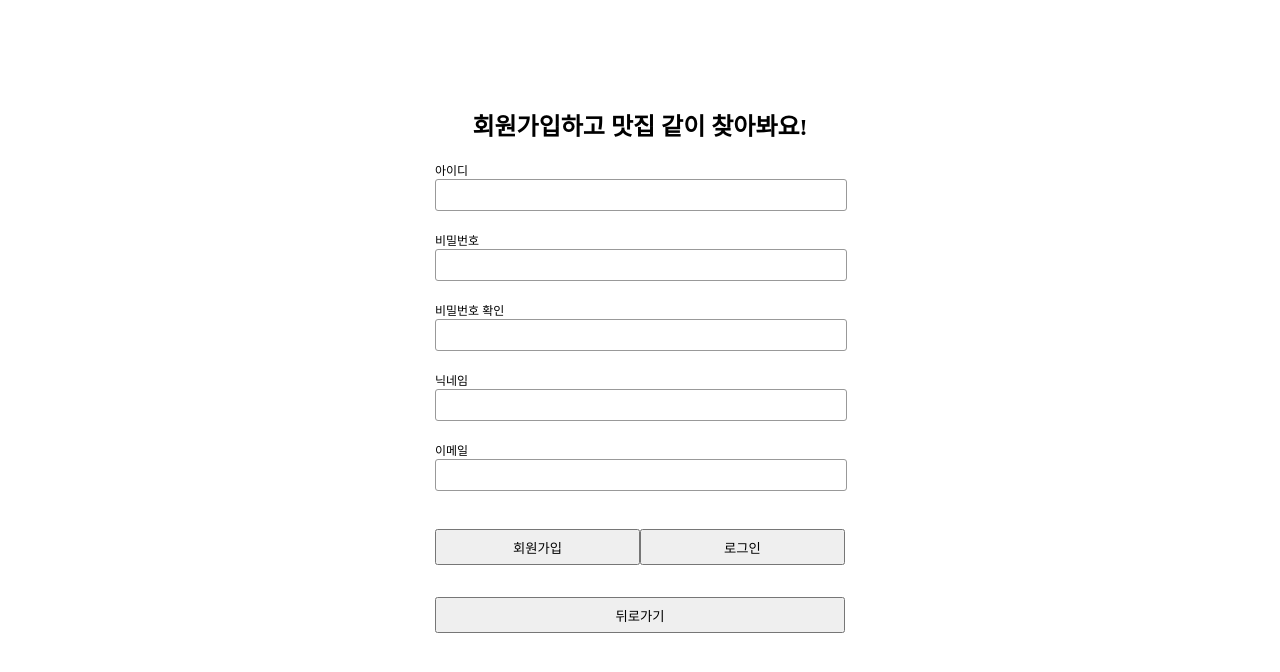
Repository: zzangyu/koreanFoodsProject
Page: http://localhost/koreanFoodsProject/koreanFoods/signUp.jsp
The author's editor kept a copy of each file at every save. The page is drawn from the files as they stood at one save, then again after the next save.
The browser window is 1280 px wide. The pictures show the whole page.
The page is served by Tomcat 9.

Above is the page before, as saved 2022-12-29 07:49:28.

After the next save:
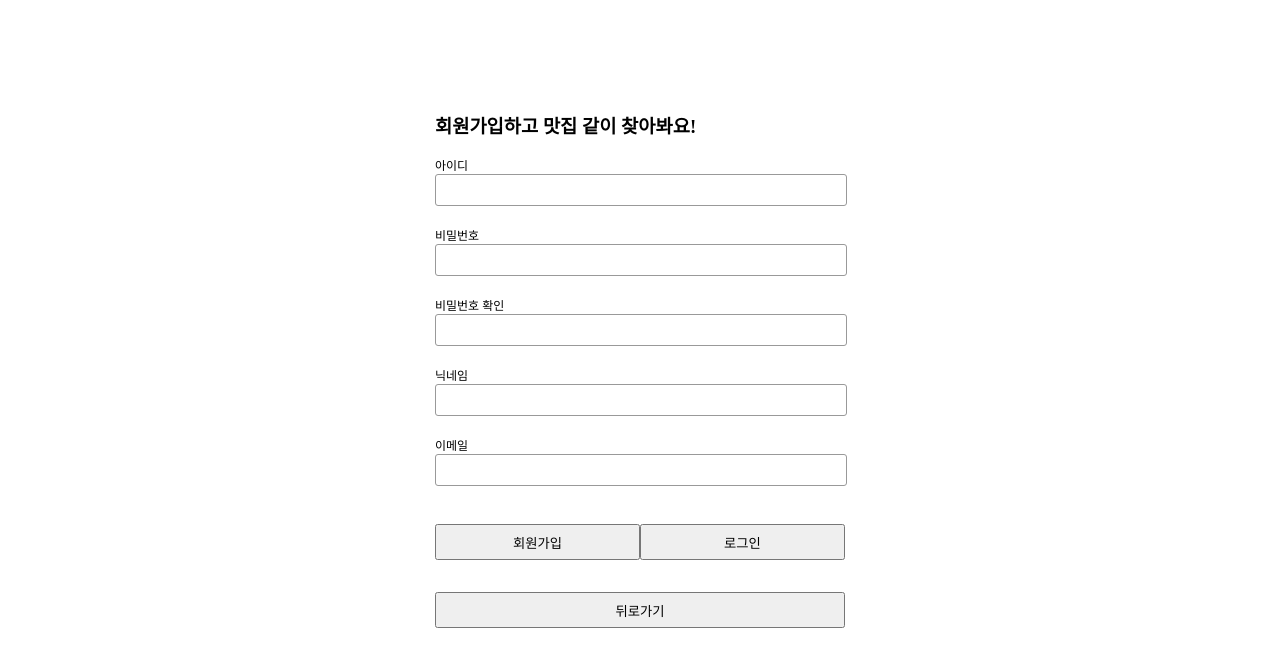
Saved 5 s later.
--- a/koreanFoodsProject/src/main/webapp/koreanFoods/signUp.jsp
+++ b/koreanFoodsProject/src/main/webapp/koreanFoods/signUp.jsp
@@ -10,7 +10,7 @@
 <body>
 	<form action="" id="signUp">
 		<div id="signUp_Wrap">
-			<h2>회원가입하고 맛집 같이 찾아봐요!</h2>
+			<h3>회원가입하고 맛집 같이 찾아봐요!</h3>
 			<div>
 				<label class="signUp_textSize">아이디</label>
 				<div>
